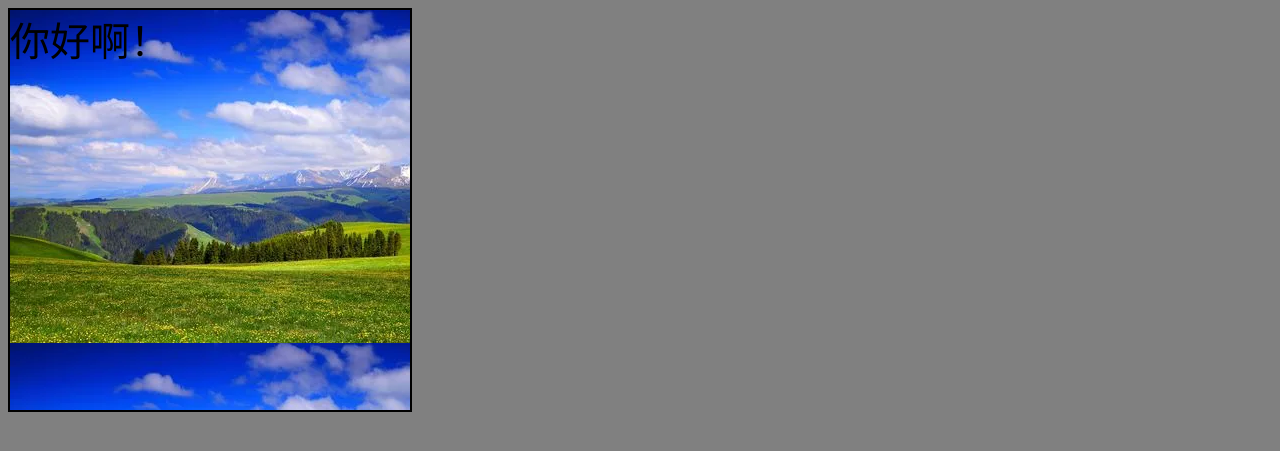
Repository: 123648923/html5-css3
Page: css/13 背景属性/背景属性.html
An editor plug-in stored every save of this project. The page is shown before and after the next save, followed by the edit.
The browser window is 1280 px wide. The pictures show the whole page.

Above is the page before, as saved 2023-11-06 16:35:56.

### css/13 背景属性/背景属性.html
<!DOCTYPE html>
<html lang="zh-CN">

<head>
    <meta charset="UTF-8">
    <title>背景属性</title>
    <style>
        body {
            background-color: gray;
        }

        div {
            width: 400px;
            height: 400px;
            border: 2px black solid;
            font-size: 40px;
            /* 设置背景的颜色 */
            background-color: skyblue;
            /* 背景图片设置 */
            background-image: url("../../fj.webp");
            /* 设置背景图片的重复方式 */
            background-repeat: repeat;
        }
    </style>
</head>

<body>
    <div>你好啊！</div>
</body>

</html>

After the next save:
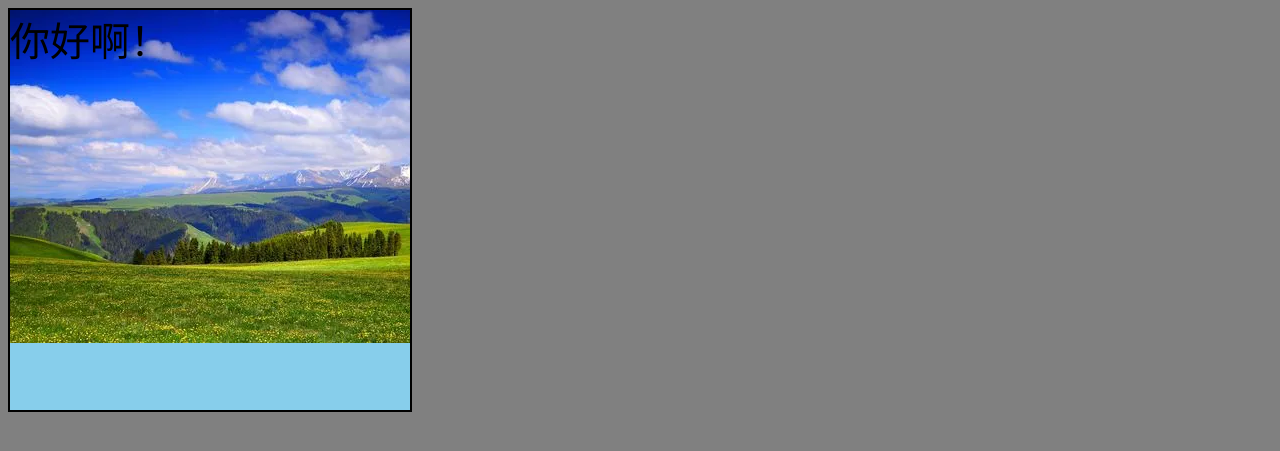
Saved 7 s later.
--- a/css/13 背景属性/背景属性.html
+++ b/css/13 背景属性/背景属性.html
@@ -19,7 +19,7 @@
             /* 背景图片设置 */
             background-image: url("../../fj.webp");
             /* 设置背景图片的重复方式 */
-            background-repeat: repeat;
+            background-repeat: repeat-x;
         }
     </style>
 </head>

After the save that followed:
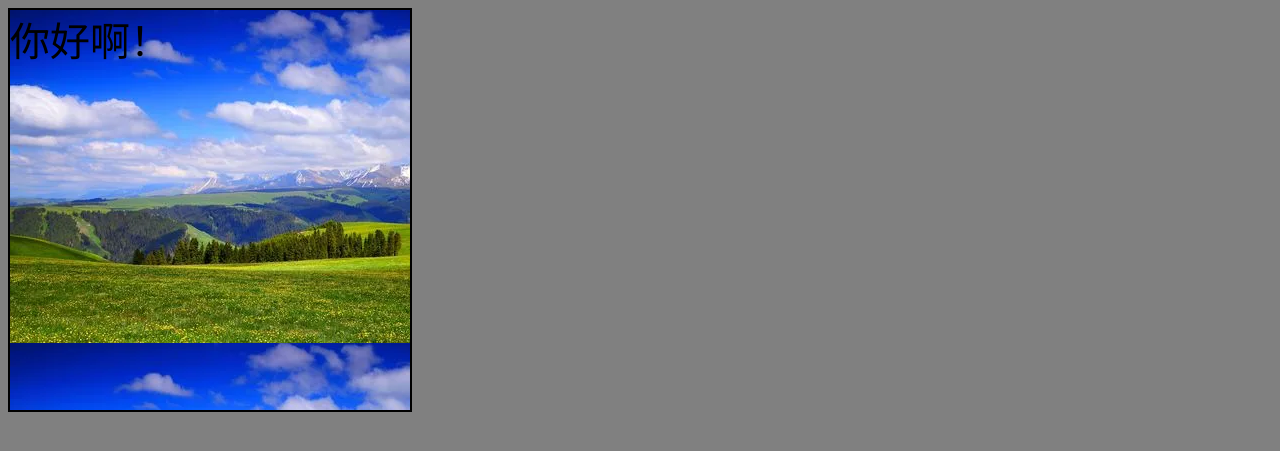
Saved 5 s later.
--- a/css/13 背景属性/背景属性.html
+++ b/css/13 背景属性/背景属性.html
@@ -19,7 +19,7 @@
             /* 背景图片设置 */
             background-image: url("../../fj.webp");
             /* 设置背景图片的重复方式 */
-            background-repeat: repeat-x;
+            background-repeat: repeat-y;
         }
     </style>
 </head>
